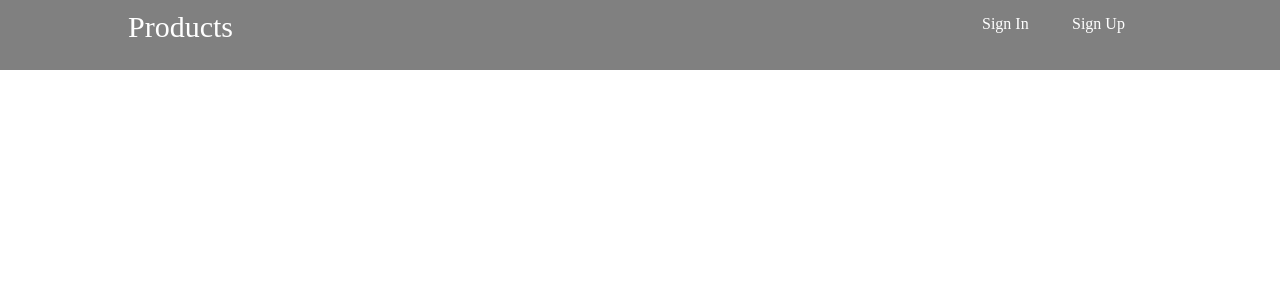
Repository: Ahmed123rezk123/App_Js
Page: cart.html
An editor plug-in stored every save of this project. The page is shown before and after the next save, followed by the edit.
The browser window is 1280 px wide. The pictures show the whole page.
Some web libraries are served in a nearby version.

Above is the page before, as saved 2024-04-03 17:08:47.
Console error: TypeError: Cannot read properties of null (reading 'addEventListener')

### cart.html
<!DOCTYPE html>
<html lang="en">
  <head>
    <meta charset="UTF-8" />
    <title>Cart_Products</title>
    <link rel="stylesheet" href="css/all.css" />
    <link rel="stylesheet" href="css/style.css" />
    <link rel="stylesheet" href="https://cdnjs.cloudflare.com/ajax/libs/font-awesome/6.5.1/css/all.min.css">
    <!-- <link
      href="https://cdn.jsdelivr.net/npm/bootstrap@5.3.3/dist/css/bootstrap.min.css"
      rel="stylesheet"
    /> -->
  </head>
  <body>
    <header>
      <div class="container">
        <div class="header-content">
          <a href="index.html" class="brand">Products</a>
          <nav>
            <ul id="links">
              <li><a href="login.html">Sign In</a></li>
              <li><a href="register.html">Sign Up</a></li>
            </ul>
          </nav>
        </div>
      </div>
    </header>
    <section class="home">
      <div class="container">
        <div class="products">
          </div>
        </div>
        </section>
        <script src="https://code.jquery.com/jquery-3.2.1.slim.min.js" integrity="sha384-KJ3o2DKtIkvYIK3UENzmM7KCkRr/rE9/Qpg6aAZGJwFDMVNA/GpGFF93hXpG5KkN" crossorigin="anonymous"></script>
        <script src="https://cdn.jsdelivr.net/npm/popper.js@1.12.9/dist/umd/popper.min.js" integrity="sha384-ApNbgh9B+Y1QKtv3Rn7W3mgPxhU9K/ScQsAP7hUibX39j7fakFPskvXusvfa0b4Q" crossorigin="anonymous"></script>
        <script src="https://cdn.jsdelivr.net/npm/bootstrap@4.0.0/dist/js/bootstrap.min.js" integrity="sha384-JZR6Spejh4U02d8jOt6vLEHfe/JQGiRRSQQxSfFWpi1MquVdAyjUar5+76PVCmYl" crossorigin="anonymous"></script>
        <script src="js/cart.js"></script>
        <script src="js/user.js"></script>

  </body>
</html>

### css/style.css
* {
    margin: 0;
    padding: 0;
    box-sizing: border-box;
}

.container {
    width: 80%;
    margin: auto;
}
header {
    height: 70px;
    background-color: gray;
    padding: 10px 0;
}
.header-content {
    display: flex;
    justify-content: space-between;
    /* align-items: center; */
}
.header-content .brand {
    font-size: 30px;
    color: white;
    text-decoration: none;

}

nav ul {
    display: flex;
    list-style: none;

}
nav  li a {
    display: block;
    color: white;
    min-width: 80px;
    text-decoration: none;
    margin: 0px 5px;
    padding: 5px;
}
/* form */
.section-form {
    position: absolute;
    top: 50%;
    left: 50%;
    transform: translate(-50%,-50%);
    width: 45%;
    text-align: center;
    background-color: green;
    padding: 20px;
    border-radius: 15px;
}
.section-form h2 {
    font-size: 50px;
    letter-spacing: 2px;
    color: purple;
}
.section-form form .sign {
    /* font-size: 26px; */
    font-weight: 600;
}
.section-form form input {
display: block;
width: 100%;
margin: 5px 0px;
height: 30px;
padding: 5px;
border: 1px solid #ddd;
outline: none;
}

.section-form form input[type="submit"]:hover {
    opacity: .5;
}
/* nav ul#user_info {
    display: none;
} */

.section-form  form .sign {
font-size: 18px;
}

/*/////////////////////////////////////////////////////////////////*/

.products {
    width: 60%;
    margin: 10px 0;
}
/* Start Product 1 */
.product-1 {
    display: flex;
    /* justify-content: space-between; */
    width: 100%;
    /* background-color: green; */
    min-height: 150px;
    border: 1px solid #ddd;
    margin-bottom: 10px;
}
.product-1 .product-1-img{
width: 25%;
margin-right: 10px;
}
.product-1 .text {
    line-height:1.6 ;
}
.product-1 .text h2 {
    font-size: 26px;
    font-weight: bold;
}
.product-1 .product-action {
  flex: 1;
  text-align: right;
  display: flex;
  justify-content: space-between;
  flex-direction: column;
}
.product-1 .product-action .btn1 {
    display: block;
    background-color: green;
    color: #fff;
    font-size: 12px;
    font-weight: bold;
    border: 0;
    padding: 10px 20px;
    margin-left: auto;
    cursor: pointer;

}
.product-1 .product-action .fav {
    cursor: pointer;
    margin-left: auto;
    width: 20px;
    display: block;
}
/* End Product1 */


/* Start Product 2 */
.product-2 {
    display: flex;
    /* justify-content: space-between; */
    width: 100%;
    /* background-color: green; */
    min-height: 150px;
    border: 1px solid #ddd;
    margin-bottom: 10px;
}
.product-2 .product-2-img{
width: 25%;
margin-right: 10px;
}
.product-2 .text {
    line-height:1.6 ;
}
.product-2 .text h2 {
    font-size: 26px;
    font-weight: bold;
}
.product-2 .product-action {
  flex: 1;
  text-align: right;
  display: flex;
  justify-content: space-between;
  flex-direction: column;
}
.product-2 .product-action .btn2 {
    display: block;
    background-color: green;
    color: #fff;
    font-size: 12px;
    font-weight: bold;
    border: 0;
    padding: 10px 20px;
    margin-left: auto;
    cursor: pointer;

}
.product-2 .product-action .fav {
    cursor: pointer;
    margin-left: auto;
    width: 20px;
    display: block;
}
/* End Product2 */



/* Start Product 3 */
.product-3 {
    display: flex;
    /* justify-content: space-between; */
    width: 100%;
    /* background-color: green; */
    min-height: 150px;
    border: 1px solid #ddd;
    margin-bottom: 10px;
}
.product-3 .product-3-img{
width: 25%;
margin-right: 10px;
}
.product-3 .text {
    line-height:1.6 ;
}
.product-3 .text h2 {
    font-size: 26px;
    font-weight: bold;
}
.product-3 .product-action {
  flex: 1;
  text-align: right;
  display: flex;
  justify-content: space-between;
  flex-direction: column;
}
.product-3 .product-action .btn3 {
    display: block;
    background-color: green;
    color: #fff;
    font-size: 12px;
    font-weight: bold;
    border: 0;
    padding: 10px 20px;
    margin-left: auto;
    cursor: pointer;

}
.product-3 .product-action .fav {
    cursor: pointer;
    margin-left: auto;
    width: 20px;
    display: block;
}
/* End Product3 */




/* Start Product 3 */
.product-4 {
    display: flex;
    /* justify-content: space-between; */
    width: 100%;
    /* background-color: green; */
    min-height: 150px;
    border: 1px solid #ddd;
    margin-bottom: 10px;
}
.product-4 .product-4-img{
width: 25%;
margin-right: 10px;
}
.product-4 .text {
    line-height:1.6 ;
}
.product-4 .text h2 {
    font-size: 26px;
    font-weight: bold;
}
.product-4 .product-action {
  flex: 1;
  text-align: right;
  display: flex;
  justify-content: space-between;
  flex-direction: column;
}
.product-4 .product-action .btn4 {
    display: block;
    background-color: green;
    color: #fff;
    font-size: 12px;
    font-weight: bold;
    border: 0;
    padding: 10px 20px;
    margin-left: auto;
    cursor: pointer;
}
.product-4 .product-action .fav {
    cursor: pointer;
    margin-left: auto;
    width: 20px;
    display: block;
}
/* End Product4 */
/*/////////////////////////////////////////*/
nav ul#user_info li i {
    color: #fff;
    font-size: 22px;
    cursor: pointer;
}
nav ul#user_info li {
    margin: 0px 10px;
    position: relative;
}
nav ul#user_info li .badge {
position: absolute;
width: 20px;
height: 20px;
background-color: brown;
color: #fff;
border-radius: 50%;
text-align: center;
font-weight: bold;
top: -10px;
right: -10px;
display: none;
}
/*/////////////////////////////////*/

.carts-products {
    position: absolute;
    width: 210px;
    transform: translate(-40px,0);
    background-color: #ddd;
    top: 60px;
    padding: 10px;
    border: 1px solid green;
    display: none;
}

.carts-products a{
    display:  block;
    color: #000;
    margin: 4px 0;
    padding: 0;
    background-color: darkgreen;
    color: #fff;
    text-decoration: none;
    text-align: center;
}

### js/cart.js
var productCart=localStorage.getItem("productCart")
var allproducts=document.querySelector(".products")
if(productCart){
    var item=JSON.parse(productCart)
    drawProducts(item);
}

function drawProducts(products){
    var y=products.map((item) => {
        return `
        <div class="product-1">
            <img class="product-1-img" src="${item.imageUrl}" alt="" />
            <div class="text">
              <h2>${item.title}</h2>
              <p>${item.parag}</p>
              <span>${item.color}</span>
            </div>
              <div class="product-action">
                <button class="btn1" onClick="removeFromCart(${item.id})">Remove From Chart</button>
              </div>
          </div>`
    })
allproducts.innerHTML=y;
}

### js/user.js
var userInfo=document.querySelector("#user_info")

var userData=document.querySelector("#user")

var links=document.querySelector("#links")

if(localStorage.getItem("username")){
    links.remove();

    userInfo.style.display="flex";

    userData.innerHTML=localStorage.getItem("username");

}
var logout=document.querySelector("#logout")
logout.addEventListener("click",function () {
    localStorage.clear()
    setTimeout(()=> {
        window.location="login.html"
    } , 1500)
})

Loaded but not shown: css/all.css (library)

After the next save:
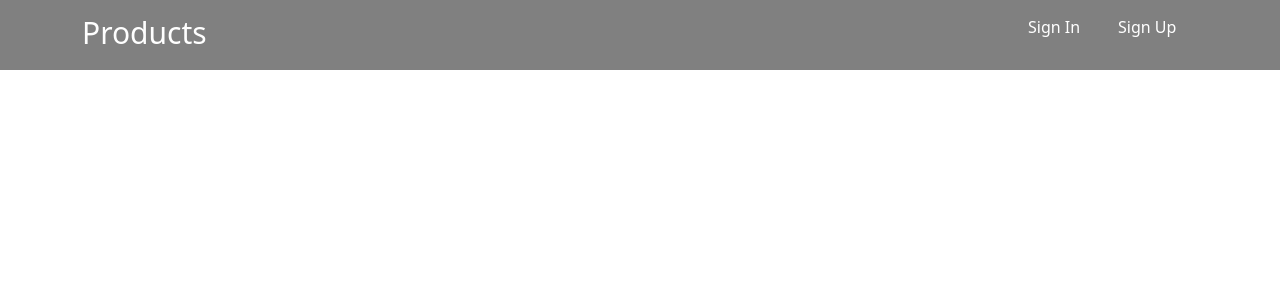
Saved 7 s later.
--- a/cart.html
+++ b/cart.html
@@ -6,10 +6,10 @@
     <link rel="stylesheet" href="css/all.css" />
     <link rel="stylesheet" href="css/style.css" />
     <link rel="stylesheet" href="https://cdnjs.cloudflare.com/ajax/libs/font-awesome/6.5.1/css/all.min.css">
-    <!-- <link
+    <link
       href="https://cdn.jsdelivr.net/npm/bootstrap@5.3.3/dist/css/bootstrap.min.css"
       rel="stylesheet"
-    /> -->
+    />
   </head>
   <body>
     <header>
